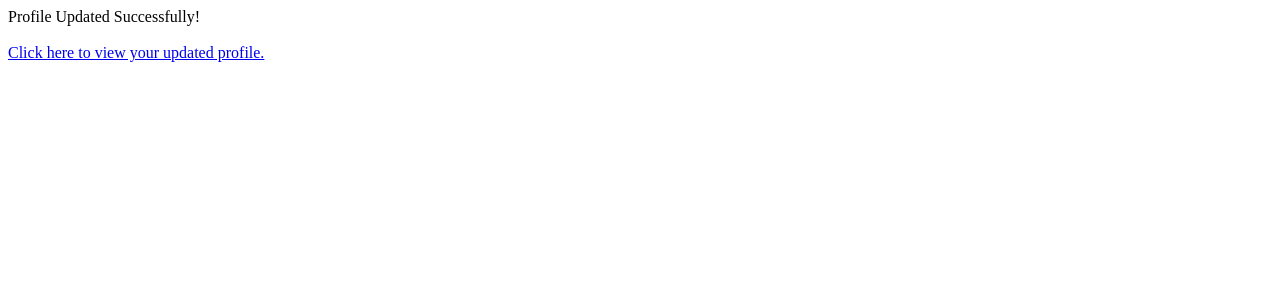
Repository: kingron98/SoftEng-Bank-Web-Application-
Page: http://localhost/SE3_BankWebApp/updateSuccess.jsp
The author's editor kept a copy of each file at every save. The page is drawn from the files as they stood at one save, then again after the next save.
The browser window is 1280 px wide. The pictures show the whole page.
The page is served by Tomcat 9. Other server files are loaded and not shown.

Above is the page before, as saved 2020-12-12 12:55:14.

### SE3 Bank App/Java/Workspace/SE3_BankWebApp/WebContent/updateSuccess.jsp
<%@ page language="java" contentType="text/html; charset=ISO-8859-1"
    pageEncoding="ISO-8859-1"%>
<!DOCTYPE html PUBLIC "-//W3C//DTD HTML 4.01 Transitional//EN" "http://www.w3.org/TR/html4/loose.dtd">
<html>

<head>
<meta http-equiv="Content-Type" content="text/html; charset=ISO-8859-1">
<title>Update Successful</title>
</head>

<body>
	Profile Updated Successfully!
	<br/>
	<br/>
	<a href="updateProfile.jsp">Click here to view your updated profile.</a>
</body>

</html>

After the next save:
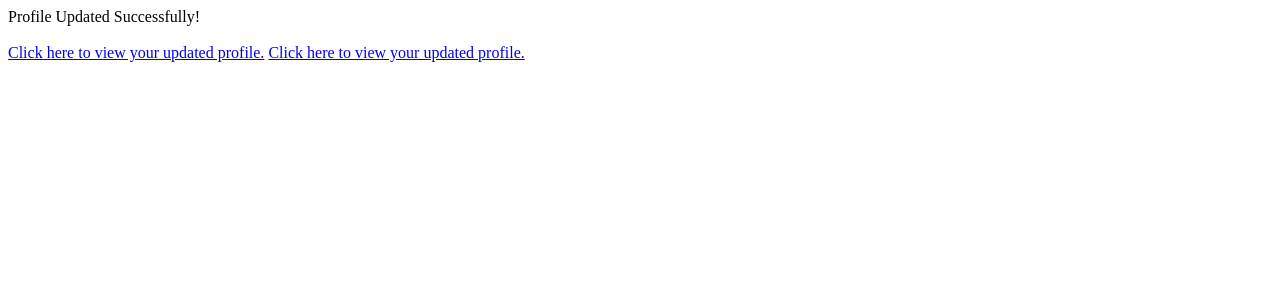
Saved 11 s later.
--- a/SE3 Bank App/Java/Workspace/SE3_BankWebApp/WebContent/updateSuccess.jsp
+++ b/SE3 Bank App/Java/Workspace/SE3_BankWebApp/WebContent/updateSuccess.jsp
@@ -13,6 +13,7 @@
 	<br/>
 	<br/>
 	<a href="updateProfile.jsp">Click here to view your updated profile.</a>
+	<a href="loginSuccess.jsp">Click here to view your updated profile.</a>
 </body>
 
 </html>
